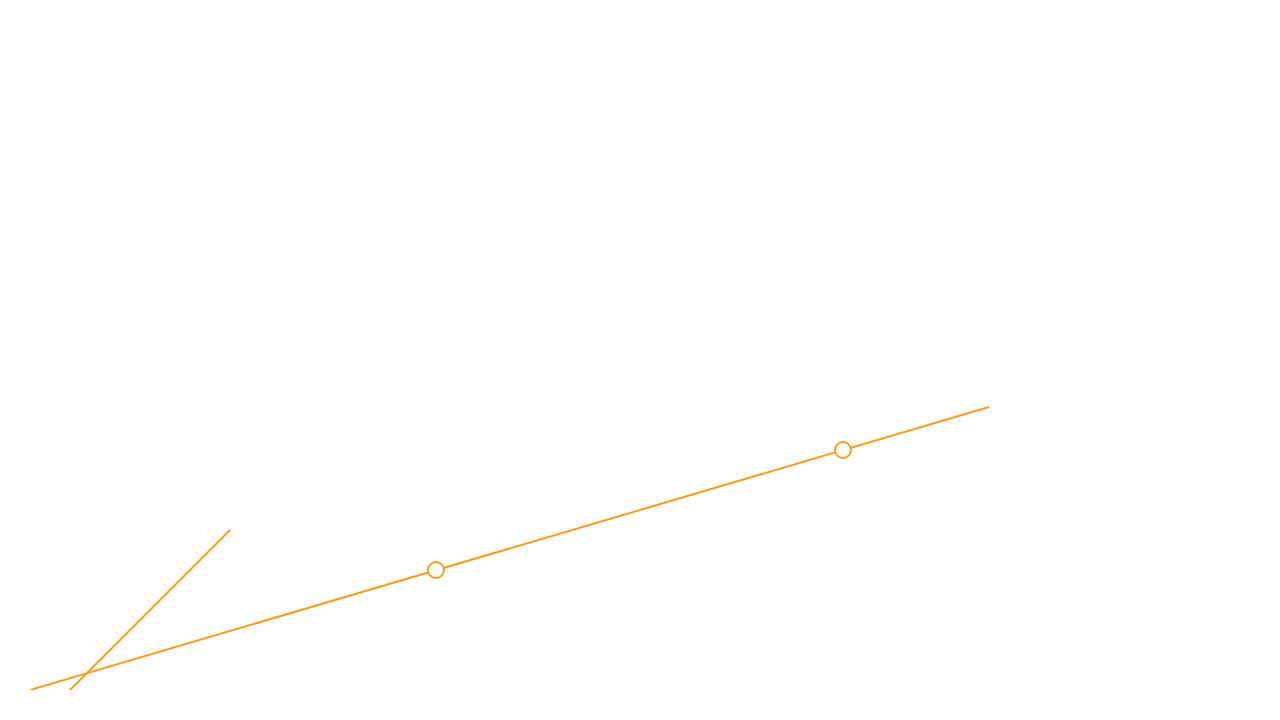
Repository: alinlinbo/yanling-resume-site
Page: svg.html
These files come from the project's save history. The page is drawn as it stood at one moment and after the next save; the edit follows.
The browser window is 1280 px wide. The pictures show the whole page.

Above is the page before, as saved 2023-09-22 17:28:13.

After the next save:
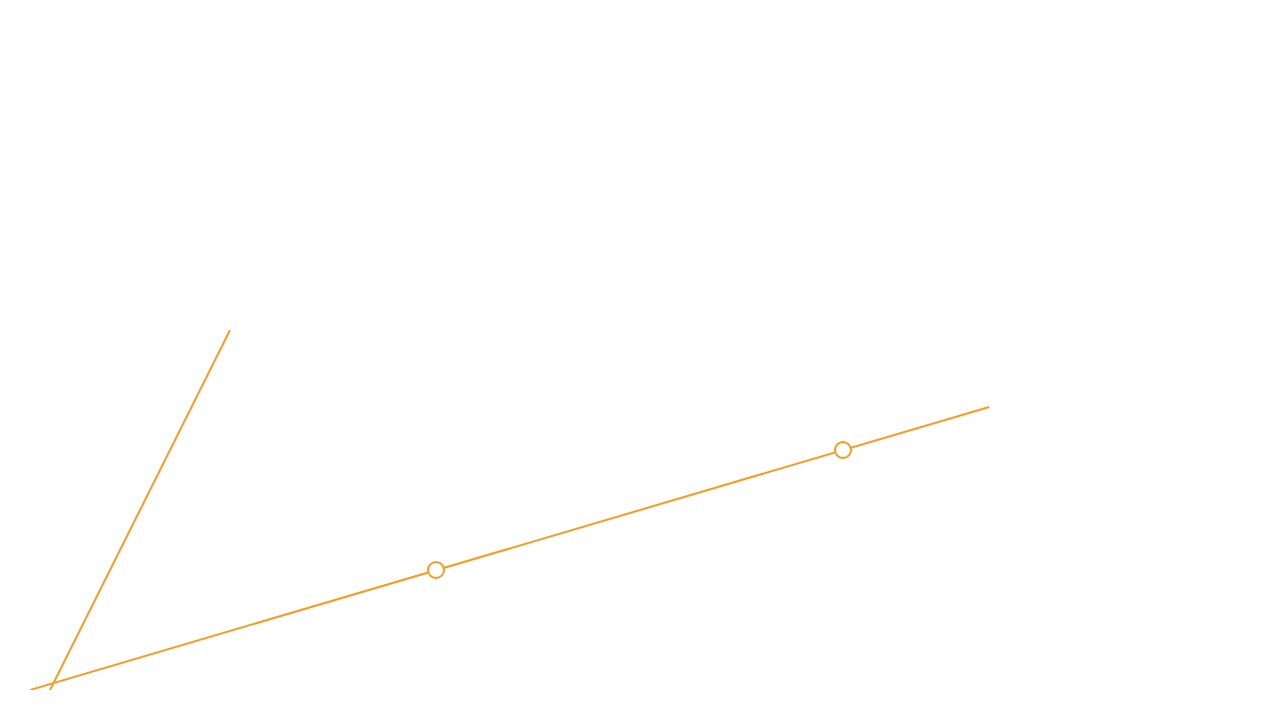
Saved 16 s later.
--- a/svg.html
+++ b/svg.html
@@ -50,7 +50,7 @@
         <svg>
             <!-- 三段直线 -->
             <path class="line" id="line" d="" stroke="#F89C21" stroke-width="2" fill="none" />
-            <path class="line" d="M 0 400 L 200 200" stroke="#F89C21" stroke-width="2" fill="none" />
+            <path class="line" d="M 0 400 L 200 0" stroke="#F89C21" stroke-width="2" fill="none" />
             <!-- 两个间隔小圆点 -->
             <circle class="d-none" id="c1" cx="200" cy="50" r="8" stroke="#F89C21" stroke-width="2" fill="white" />
             <circle class="d-none" id="c2" cx="100" cy="50" r="8" stroke="#F89C21" stroke-width="2" fill="white" />
